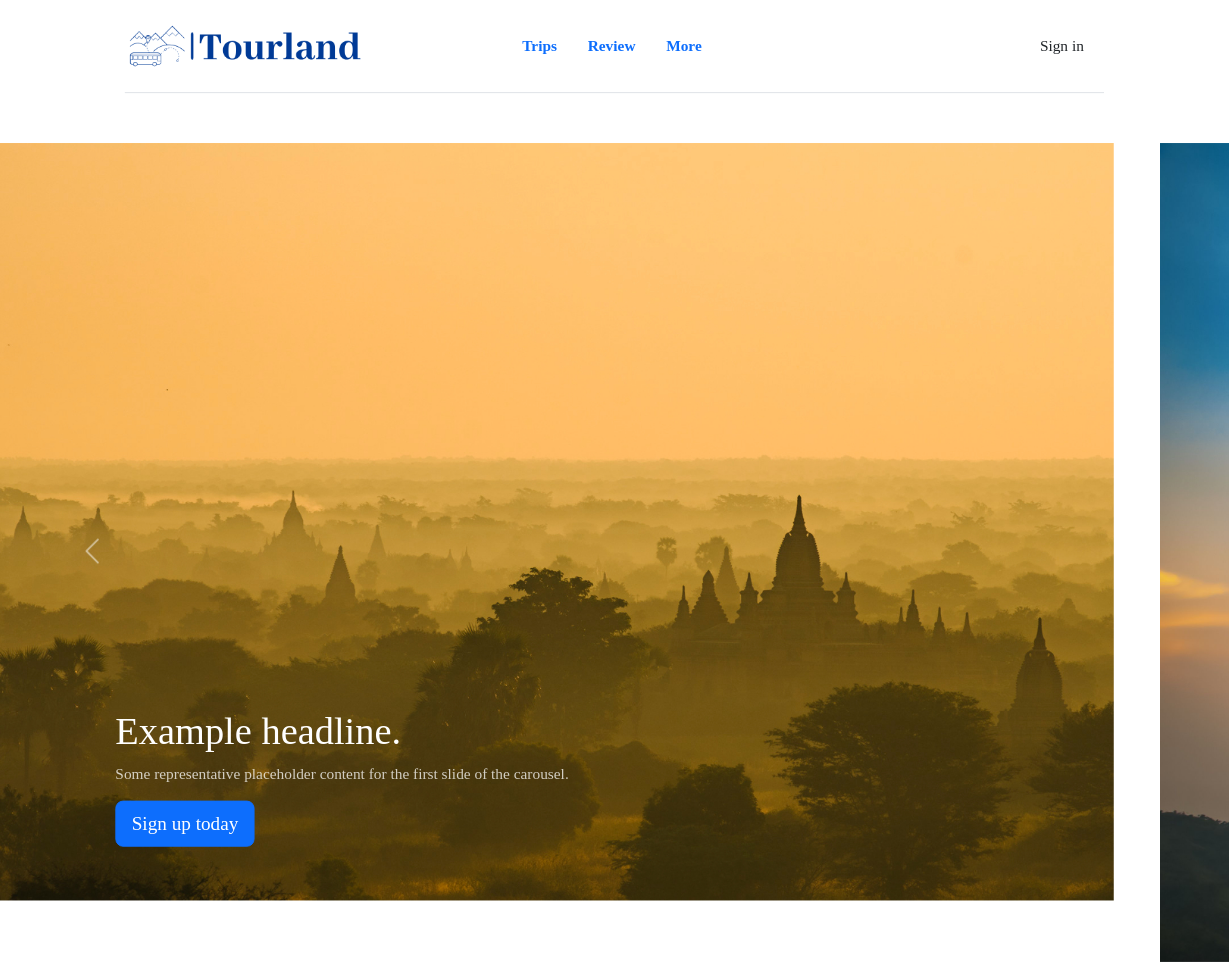
Repository: nyeinsu4520/tourland
Page: http://localhost/index
An editor plug-in stored every save of this project. The page is shown before and after the next save, followed by the edit.
The browser window is 1280 px wide. The pictures show the whole page, at 96% of full size.
Some web fonts or font styles are not loaded; a fallback is used. The page is this project's Thymeleaf template; nobody is signed in. The template is opened directly, without the code that normally fills it, so the values that code supplies are empty.

Above is the page before, as saved 2024-05-31 17:11:18.

### Tourland/src/main/resources/templates/index.html
<!DOCTYPE html>
<html>
<head>
<meta charset="ISO-8859-1">
<title>Insert title here</title>

	<link rel="icon" href="img/tourland2.png" type="image/png" />
    <link rel="stylesheet" href="./bootstrap/css/bootstrap.min.css" />
    <script src="./bootstrap/js/bootstrap.bundle.min.js"></script>
    <link href="https://cdnjs.cloudflare.com/ajax/libs/font-awesome/6.5.2/css/all.min.css"/>
    <link rel="stylesheet" href="style.css" />
    <style>
      #google_translate_element {
          display: none;
      }
  </style>
</head>
<body>

<div class="container">
      <header
        class="d-flex flex-wrap align-items-center justify-content-center justify-content-md-between py-3 mx-5 border-bottom"
      >
        <div class="col-md-auto mb-2 mb-md-0">
          <img class="logo" src="/image/img/tourland1.png" alt="" width="230px" />
        </div>

        <ul class="nav col-12 col-md-auto mb-2 justify-content-center mb-md-0">
          <li class="nav-item dropdown">
            <a
              class="nav-link fw-bold py-1 px-0 m-3 active"
              href="#"
              data-bs-toggle="dropdown"
              aria-expanded="false"
              >Trips</a
            >
            <ul class="dropdown-menu ">
              <li><a class="dropdown-item" href="#">One day Trip</a></li>
              <li><a class="dropdown-item" href="#">One Week Trip</a></li>
              <li><a class="dropdown-item" href="#">View my Trips</a></li>
            </ul>
          </li>
          <li class="nav-item dropdown">
            <a
              class="nav-link fw-bold py-1 px-0 m-3 active"
              href="#"
              data-bs-toggle="dropdown"
              aria-expanded="false"
              >Review</a
            >
            <ul class="dropdown-menu">
              <li><a class="dropdown-item" href="#">Write a Review</a></li>
              <li><a class="dropdown-item" href="#">Post a Photo</a></li>
              <li><a class="dropdown-item" href="#">Review Comments</a></li>
            </ul>
          </li>
          <li class="nav-item dropdown">
            <a
              class="nav-link nav-link-active fw-bold py-1 px-0 m-3 active"
              href="#"
              data-bs-toggle="dropdown"
              aria-expanded="false"
              >More</a
            >
            <ul class="dropdown-menu">
              <li><a class="dropdown-item" href="#">Restaurant</a></li>
              <li><a class="dropdown-item" href="#">Hotel</a></li>
              <li><a class="dropdown-item" href="#">Rental Cars</a></li>
            </ul>
          </li>
        </ul>

        <div class="col-md-3 text-end">
          <button type="button" class="btn btn-outline-first me-2">
            Sign in
          </button>
        </div>
      </header>
</div>

<div id="myCarousel" class="carousel slide mt-5 pt-1 mb-6" data-bs-ride="carousel">
      <div class="carousel-indicators">
        <button type="button" data-bs-target="#myCarousel" data-bs-slide-to="0" class="active" aria-current="true" aria-label="Slide 1"></button>
        <button type="button" data-bs-target="#myCarousel" data-bs-slide-to="1" aria-label="Slide 2"></button>
        <button type="button" data-bs-target="#myCarousel" data-bs-slide-to="2" aria-label="Slide 3"></button>
      </div>
      <div class="carousel-inner">
        <div class="carousel-item active">
          <img class="px-5" src="./image/img/bagan1.jpg" width="100%" >
          <div class="container">
            <div class="carousel-caption text-start">
              <h1>Example headline.</h1>
              <p class="opacity-75">Some representative placeholder content for the first slide of the carousel.</p>
              <p><a class="btn btn-lg btn-primary" href="#">Sign up today</a></p>
            </div>
          </div>
        </div>
        <div class="carousel-item">
          <img src="./image/img/kyitehtiyo.jfif" width="100%" >
          <div class="container">
            <div class="carousel-caption">
              <h1>Another example headline.</h1>
              <p>Some representative placeholder content for the second slide of the carousel.</p>
              <p><a class="btn btn-lg btn-primary" href="#">Learn more</a></p>
            </div>
          </div>
        </div>
        <div class="carousel-item">
           <img src="./image/img/shwesikhone.jpg" width="100%" >
          <div class="container">
            <div class="carousel-caption text-end">
              <h1>One more for good measure.</h1>
              <p>Some representative placeholder content for the third slide of this carousel.</p>
              <p><a class="btn btn-lg btn-primary" href="#">Browse gallery</a></p>
            </div>
          </div>
        </div>
      </div>
      <button class="carousel-control-prev" type="button" data-bs-target="#myCarousel" data-bs-slide="prev">
        <span class="carousel-control-prev-icon" aria-hidden="true"></span>
        <span class="visually-hidden">Previous</span>
      </button>
      <button class="carousel-control-next" type="button" data-bs-target="#myCarousel" data-bs-slide="next">
        <span class="carousel-control-next-icon" aria-hidden="true"></span>
        <span class="visually-hidden">Next</span>
      </button>
    </div>




</body>
</html>

### Tourland/src/main/resources/static/image/img/style.css
@import url('https://fonts.googleapis.com/css2?family=Jersey+20&family=Jersey+25&family=Josefin+Sans:ital,wght@0,100..700;1,100..700&family=Noto+Sans+Myanmar:wght@100;200;300;400;500;600;700;800;900&family=Nunito+Sans:ital,opsz,wght@0,6..12,200..1000;1,6..12,200..1000&family=Platypi:ital,wght@0,300..800;1,300..800&display=swap');


.nunito-sans {
    font-family: "Nunito Sans", sans-serif;
    font-optical-sizing: auto;
    font-style: normal;
    font-variation-settings:
      "wdth" 100,
      "YTLC" 500;
  }


  *  {
    font-family: "Nunito Sans";

}


.logo{
    width: 250px;
}

Loaded but not shown: Tourland/src/main/resources/static/bootstrap/css/bootstrap.min.css (library); Tourland/src/main/resources/static/bootstrap/js/bootstrap.bundle.min.js (library)

After the next save:
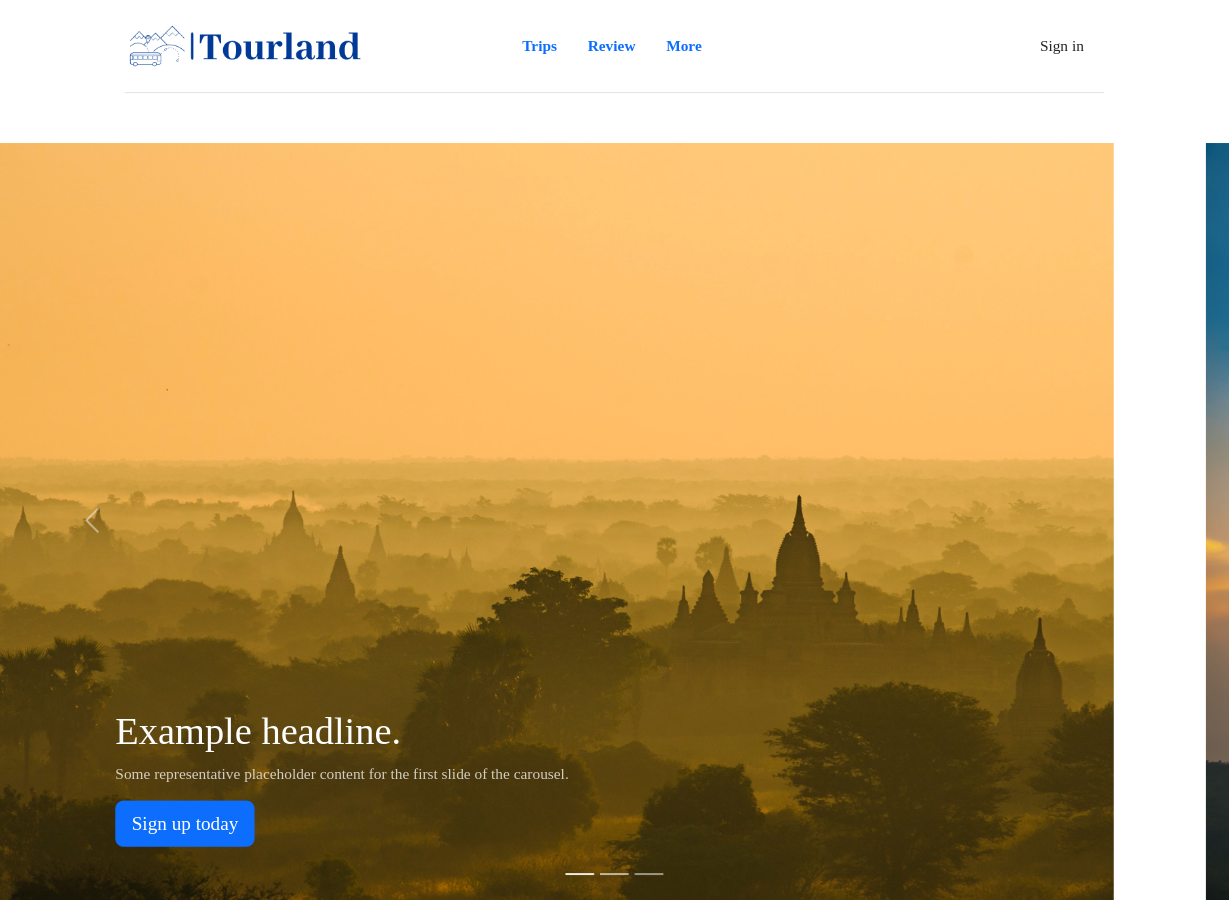
Saved 24 s later.
--- a/Tourland/src/main/resources/templates/index.html
+++ b/Tourland/src/main/resources/templates/index.html
@@ -96,7 +96,7 @@
           </div>
         </div>
         <div class="carousel-item">
-          <img src="./image/img/kyitehtiyo.jfif" width="100%" >
+          <img class="px-5" src="./image/img/kyitehtiyo.jfif" width="100%" >
           <div class="container">
             <div class="carousel-caption">
               <h1>Another example headline.</h1>
@@ -106,7 +106,7 @@
           </div>
         </div>
         <div class="carousel-item">
-           <img src="./image/img/shwesikhone.jpg" width="100%" >
+           <img class="px-5" src="./image/img/shwesikhone.jpg" width="100%" >
           <div class="container">
             <div class="carousel-caption text-end">
               <h1>One more for good measure.</h1>
